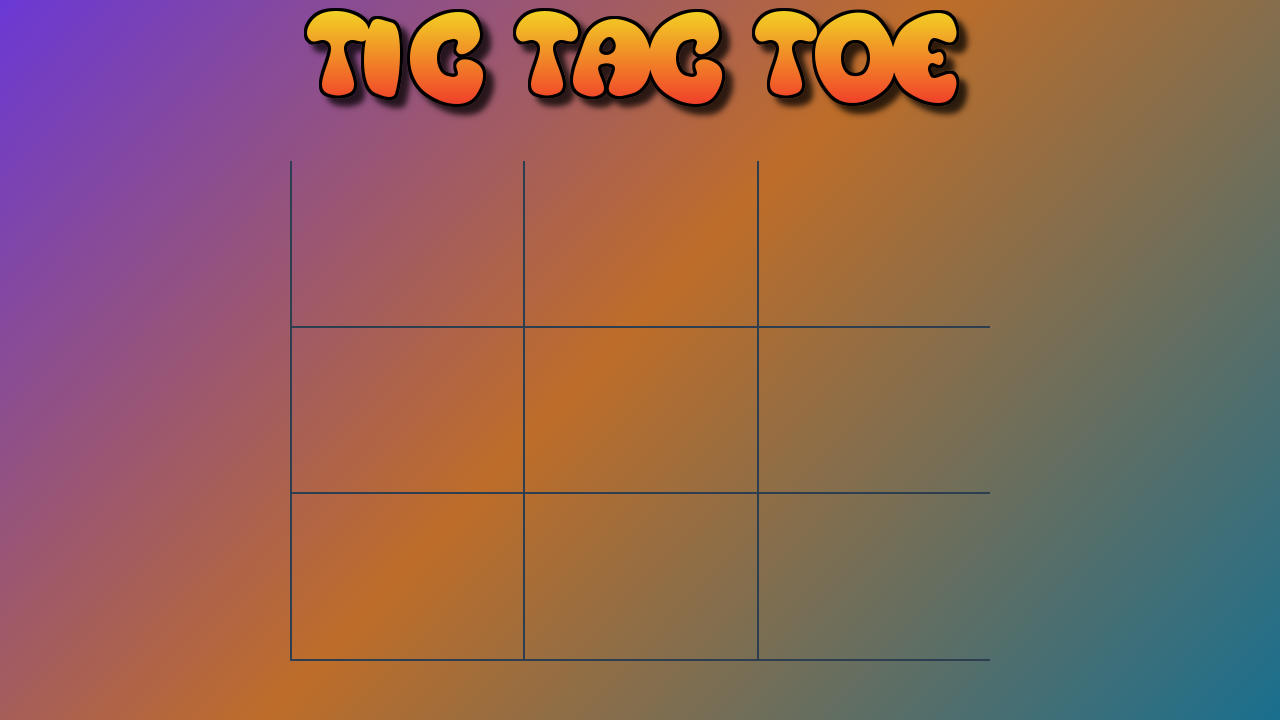
Repository: malx9/Project--5---Tic-Tac-Toe-with-AI
Page: index.html
The author's editor kept a copy of each file at every save. The page is drawn from the files as they stood at one save, then again after the next save.
The browser window is 1280 px wide. The pictures show the whole page.

Above is the page before, as saved 2023-12-25 17:22:48.

After the next save:
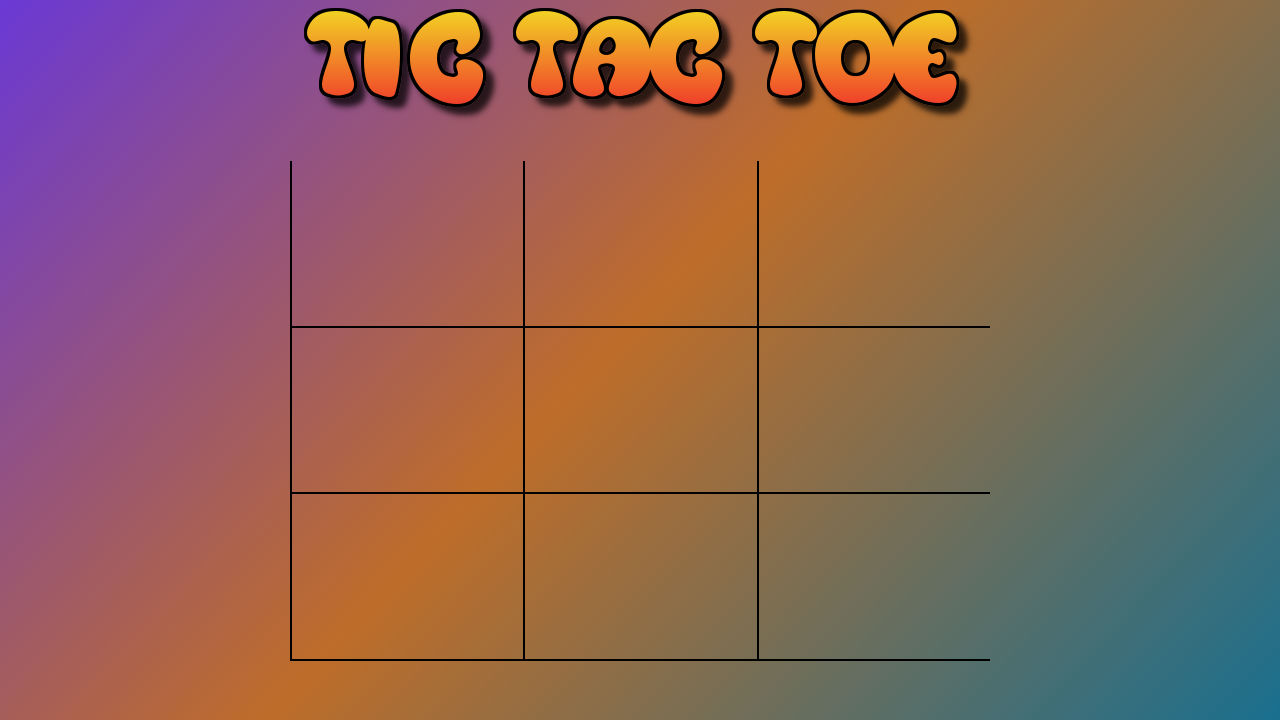
Saved 5 s later.
--- a/styles.css
+++ b/styles.css
@@ -32,7 +32,7 @@ body {
 
 .square {
   background-color: transparent;
-  border: 2px solid #2c3e50;
+  border: 2px solid #000000;
   border-top: 0;
   border-right: 0;
 }
